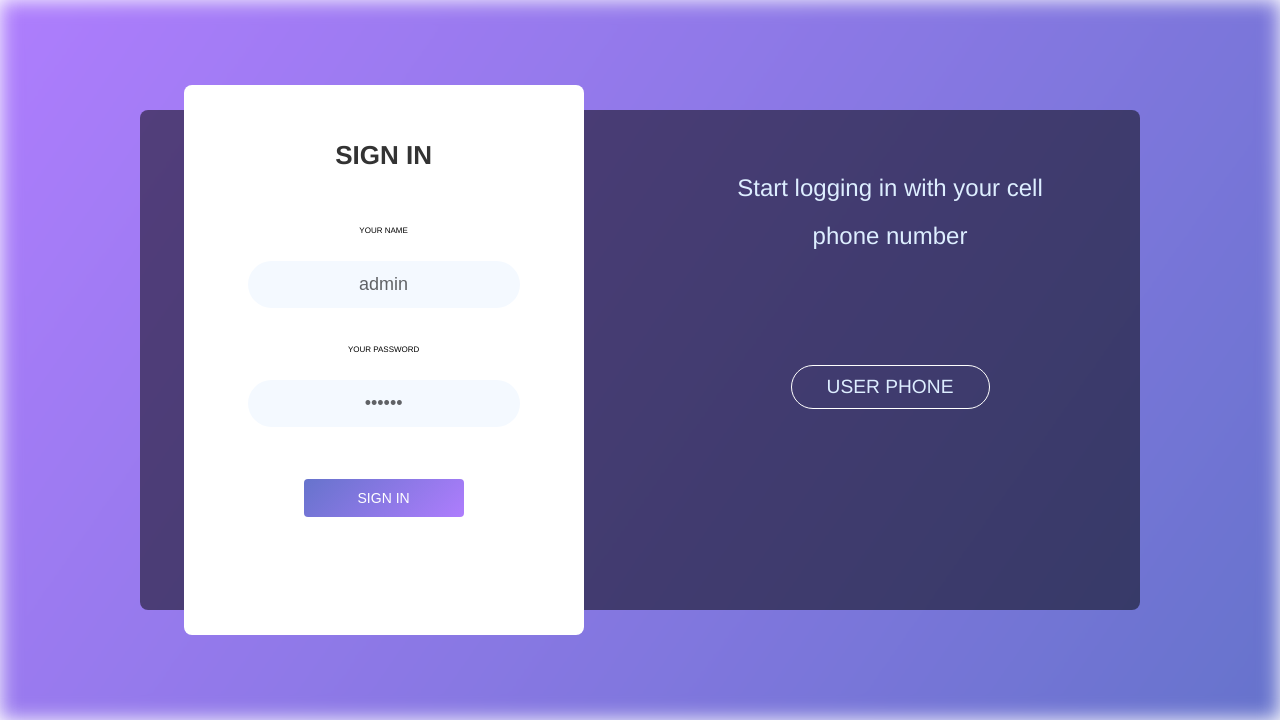
Repository: chunkpig/vue-admin
Page: /
These files come from the project's save history. The page is drawn as it stood at one moment and after the next save; the edit follows.
The browser window is 1280 px wide. The pictures show the whole page.
The project was rebuilt for these pictures with package versions that can differ from the ones it lists, and the page was loaded fresh each time. Also part of the build but not shown: vue.config.js.

Above is the page before, as saved 2020-12-07 10:40:06.

After the next save:
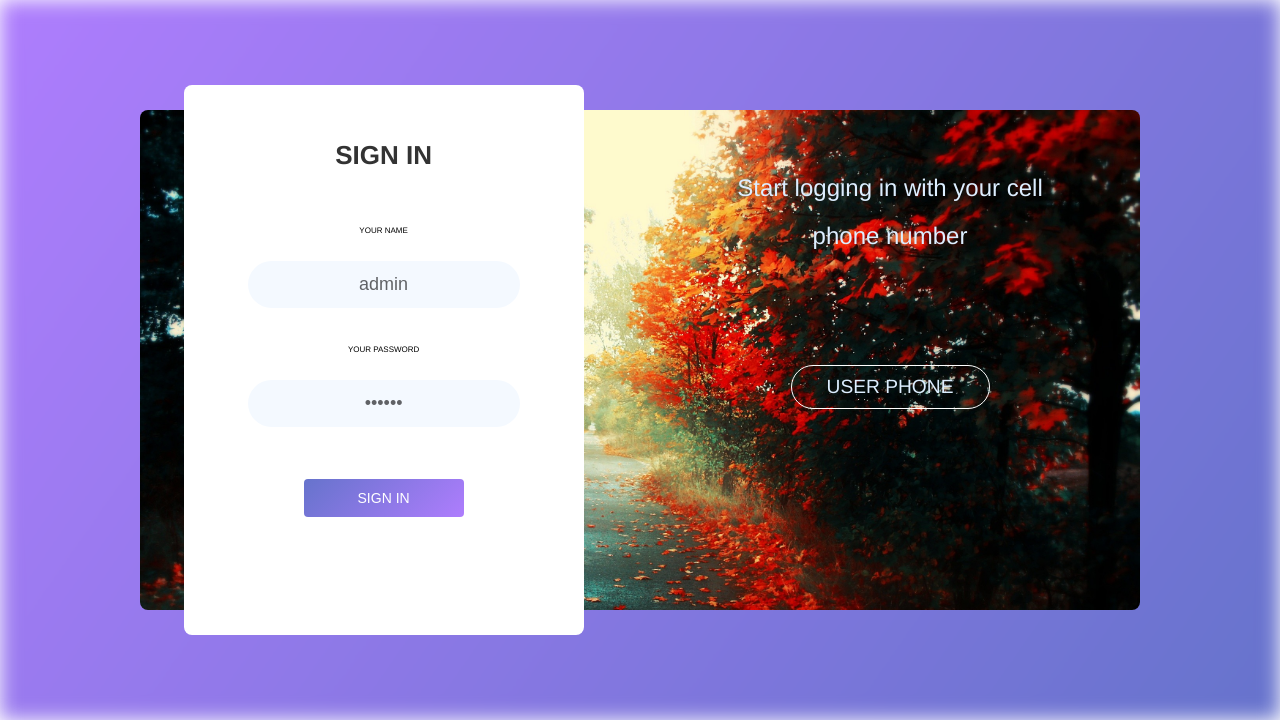
Saved 2 min 19 s later.
--- a/src/views/login/index.vue
+++ b/src/views/login/index.vue
@@ -127,7 +127,10 @@ $cursor: #333;
         display: flex;
         justify-content: space-around;
         // align-items: center;
-        background: $bg;
+        // background: $bg;
+        background: url('../../assets/Login/login.png') no-repeat;
+        background-size: cover;
+
         border-radius: 8px;
         z-index: 0;
         .container{
